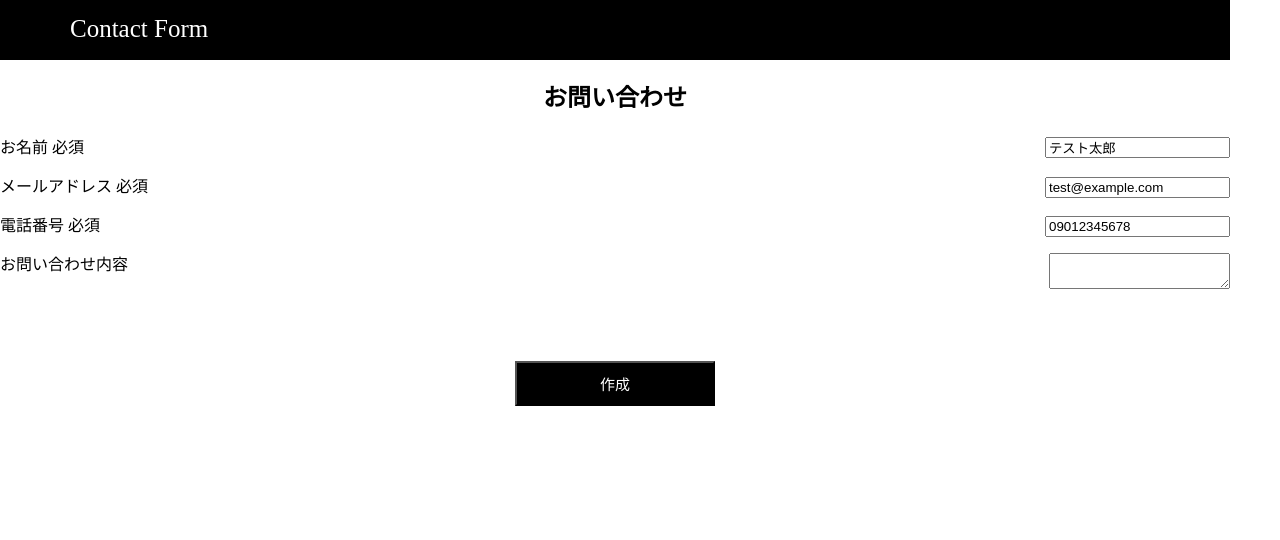
Repository: mayu-ya/my-contact-form
Page: http://localhost/
These files come from the project's save history. The page is drawn as it stood at one moment and after the next save; the edit follows.
The browser window is 1280 px wide. The pictures show the whole page.
The page is served by the project's Laravel application, run on PHP 8.4 with Laravel 8. Other server files are loaded and not shown.

Above is the page before, as saved 2026-01-01 14:58:57.

### src/routes/web.php
<?php

use Illuminate\Support\Facades\Route;
use App\Http\Controllers\ContactController;

/*
|--------------------------------------------------------------------------
| Web Routes
|--------------------------------------------------------------------------
|
| Here is where you can register web routes for your application. These
| routes are loaded by the RouteServiceProvider within a group which
| contains the "web" middleware group. Now create something great!
|
*/

Route::get('/', [ContactController::class,'index']);

### src/app/Http/Controllers/ContactController.php
<?php

namespace App\Http\Controllers;

use Illuminate\Http\Request;

class ContactController extends Controller
{
    public function index()
    {
        return view('index');
    }
}

### src/resources/views/index.blade.php
@extends('layouts.app')

@section('css')
<link rel="stylesheet" href="{{ asset('css/index.css') }}">
@endsection

@section('content')
<div class="content">
    <div class="form-title">
        <h2 class="form-title-con">お問い合わせ</h2>
    </div>

    <form class="form">
        <div class="form-content">
            <div class="form-content-name">
                <span class="form-content-name_na">お名前</span>
                <span class="form-content-name_re">必須</span>
            </div>
            <div class="form-name_create">
                <input type="text" name="name" value="テスト太郎">
            </div>
        </div>
        <div class="form-content">
            <div class="form-content-email">
                <span class="form-content-email_em">メールアドレス</span>
                <span class="form-content-email_re">必須</span>
            </div>
            <div class="form-email_create">
                <input type="text" name="email" value="test@example.com">
            </div>
        </div>
        <div class="form-content">
            <div class="form-content-tel">
                <span class="form-content-tel_te">電話番号</span>
                <span class="form-content-tel_re">必須</span>
            </div>
            <div class="form-tel_create">
                <input type="text" name="tel" value="09012345678">
            </div>
        </div>
        <div class="form-content">
            <div class="form-content-text">
                <span class="content-text_co">お問い合わせ内容</span>
            </div>
            <div class="form-text_create">
                <textarea name="text" value="資料をいただきたいです"></textarea>
            </div>

        </div>

        <div class="form-button">
            <button class="form-button_create">作成</button>
        </div>
    </form>
</div>
@endsection

### src/resources/views/layouts/app.blade.php
<!DOCTYPE html>
<html lang="ja">
<head>
    <meta charset="UTF-8">
    <meta name="viewport" content="width=device-width, initial-scale=1.0">
    <title>Contact Form</title>
    <link rel="stylesheet" href="{{ asset('css/sanitize.css') }}">
    <link rel="stylesheet" href="{{ asset('css/common.css') }}">
    @yield('css')
</head>
<body>
    <header class="header">
        <div class="header-title">
            <a href="/" class="header-logo">Contact Form</a>
        </div>
    </header>

    <main>
        @yield('content')
    </main>
</body>
</html>

### src/public/css/sanitize.css
/* Document
* ========================================================================== */

/**
* Add border box sizing in all browsers (opinionated).
*/

*,
::before,
::after {
  box-sizing: border-box;
}

/**
* 1. Add text decoration inheritance in all browsers (opinionated).
* 2. Add vertical alignment inheritance in all browsers (opinionated).
*/

::before,
::after {
  vertical-align: inherit;
  /* 2 */
  text-decoration: inherit;
  /* 1 */
}

/**
* 1. Use the default cursor in all browsers (opinionated).
* 2. Change the line height in all browsers (opinionated).
* 3. Use a 4-space tab width in all browsers (opinionated).
* 4. Remove the grey highlight on links in iOS (opinionated).
* 5. Prevent adjustments of font size after orientation changes in
*    IE on Windows Phone and in iOS.
* 6. Breaks words to prevent overflow in all browsers (opinionated).
*/

html {
  word-break: break-word;
  /* 6 */
  -moz-tab-size: 4;
  /* 3 */
  tab-size: 4;
  /* 3 */
  line-height: 1.5;
  /* 2 */
  cursor: default;
  /* 1 */

  -webkit-tap-highlight-color: transparent
    /* 4 */
  ;
  -ms-text-size-adjust: 100%;
  /* 5 */
  -webkit-text-size-adjust: 100%;
  /* 5 */
}

/* Sections
* ========================================================================== */

/**
* Remove the margin in all browsers (opinionated).
*/

body {
  margin: 0;
}

/**
* Correct the font size and margin on `h1` elements within `section` and
* `article` contexts in Chrome, Edge, Firefox, and Safari.
*/

h1 {
  margin: 0.67em 0;
  font-size: 2em;
}

/* Grouping content
* ========================================================================== */

/**
* Remove the margin on nested lists in Chrome, Edge, IE, and Safari.
*/

dl dl,
dl ol,
dl ul,
ol dl,
ul dl {
  margin: 0;
}

/**
* Remove the margin on nested lists in Edge 18- and IE.
*/

ol ol,
ol ul,
ul ol,
ul ul {
  margin: 0;
}

/**
* 1. Add the correct sizing in Firefox.
* 2. Show the overflow in Edge 18- and IE.
*/

hr {
  overflow: visible;
  /* 2 */
  height: 0;
  /* 1 */
}

/**
* Add the correct display in IE.
*/

main {
  display: block;
}

/**
* Remove the list style on navigation lists in all browsers (opinionated).
*/

nav ol,
nav ul {
  padding: 0;
  list-style: none;
}

/**
* 1. Correct the inheritance and scaling of font size in all browsers.
* 2. Correct the odd `em` font sizing in all browsers.
*/

pre {
  font-size: 1em;
  /* 2 */
  font-family: monospace, monospace;
  /* 1 */
}

/* Text-level semantics
* ========================================================================== */

/**
* Remove the gray background on active links in IE 10.
*/

a {
  background-color: transparent;
}

/**
* Add the correct text decoration in Edge 18-, IE, and Safari.
*/

abbr[title] {
  text-decoration: underline;
  text-decoration: underline dotted;
}

/**
* Add the correct font weight in Chrome, Edge, and Safari.
*/

b,
strong {
  font-weight: bolder;
}

/**
* 1. Correct the inheritance and scaling of font size in all browsers.
* 2. Correct the odd `em` font sizing in all browsers.
*/

code,
kbd,
samp {
  font-size: 1em;
  /* 2 */
  font-family: monospace, monospace;
  /* 1 */
}

/**
* Add the correct font size in all browsers.
*/

small {
  font-size: 80%;
}

/* Embedded content
* ========================================================================== */

/*
* Change the alignment on media elements in all browsers (opinionated).
*/

audio,
canvas,
iframe,
img,
svg,
video {
  vertical-align: middle;
}

/**
* Add the correct display in IE 9-.
*/

audio,
video {
  display: inline-block;
}

/**
* Add the correct display in iOS 4-7.
*/

audio:not([controls]) {
  display: none;
  height: 0;
}

/**
* Remove the border on iframes in all browsers (opinionated).
*/

iframe {
  border-style: none;
}

/**
* Remove the border on images within links in IE 10-.
*/

img {
  border-style: none;
}

/**
* Change the fill color to match the text color in all browsers (opinionated).
*/

svg:not([fill]) {
  fill: currentColor;
}

/**
* Hide the overflow in IE.
*/

svg:not(:root) {
  overflow: hidden;
}

/* Tabular data
* ========================================================================== */

/**
* Collapse border spacing in all browsers (opinionated).
*/

table {
  border-collapse: collapse;
}

/* Forms
* ========================================================================== */

/**
* Remove the margin on controls in Safari.
*/

button,
input,
select {
  margin: 0;
}

/**
* 1. Show the overflow in IE.
* 2. Remove the inheritance of text transform in Edge 18-, Firefox, and IE.
*/

button {
  overflow: visible;
  /* 1 */
  text-transform: none;
  /* 2 */
}

/**
* Correct the inability to style buttons in iOS and Safari.
*/

button,
[type="button"],
[type="reset"],
[type="submit"] {
  -webkit-appearance: button;
}

/**
* 1. Change the inconsistent appearance in all browsers (opinionated).
* 2. Correct the padding in Firefox.
*/

fieldset {
  padding: 0.35em 0.75em 0.625em;
  /* 2 */
  border: 1px solid #a0a0a0;
  /* 1 */
}

/**
* Show the overflow in Edge 18- and IE.
*/

input {
  overflow: visible;
}

/**
* 1. Correct the text wrapping in Edge 18- and IE.
* 2. Correct the color inheritance from `fieldset` elements in IE.
*/

legend {
  display: table;
  /* 1 */
  max-width: 100%;
  /* 1 */
  color: inherit;
  /* 2 */
  white-space: normal;
  /* 1 */
}

/**
* 1. Add the correct display in Edge 18- and IE.
* 2. Add the correct vertical alignment in Chrome, Edge, and Firefox.
*/

progress {
  display: inline-block;
  /* 1 */
  vertical-align: baseline;
  /* 2 */
}

/**
* Remove the inheritance of text transform in Firefox.
*/

select {
  text-transform: none;
}

/**
* 1. Remove the margin in Firefox and Safari.
* 2. Remove the default vertical scrollbar in IE.
* 3. Change the resize direction in all browsers (opinionated).
*/

textarea {
  overflow: auto;
  /* 2 */
  margin: 0;
  /* 1 */
  resize: vertical;
  /* 3 */
}

/**
* Remove the padding in IE 10-.
*/

[type="checkbox"],
[type="radio"] {
  padding: 0;
}

/**
* 1. Correct the odd appearance in Chrome, Edge, and Safari.
* 2. Correct the outline style in Safari.
*/

[type="search"] {
  outline-offset: -2px;
  /* 2 */

  -webkit-appearance: textfield;
  /* 1 */
}

/**
* Correct the cursor style of increment and decrement buttons in Safari.
*/

::-webkit-inner-spin-button,
::-webkit-outer-spin-button {
  height: auto;
}

/**
* Correct the text style of placeholders in Chrome, Edge, and Safari.
*/

::-webkit-input-placeholder {
  color: inherit;
  opacity: 0.54;
}

/**
* Remove the inner padding in Chrome, Edge, and Safari on macOS.
*/

::-webkit-search-decoration {
  -webkit-appearance: none;
}

/**
* 1. Correct the inability to style upload buttons in iOS and Safari.
* 2. Change font properties to `inherit` in Safari.
*/

::-webkit-file-upload-button {
  font: inherit;
  /* 2 */

  -webkit-appearance: button;
  /* 1 */
}

/**
* Remove the inner border and padding of focus outlines in Firefox.
*/

::-moz-focus-inner {
  padding: 0;
  border-style: none;
}

/**
* Restore the focus outline styles unset by the previous rule in Firefox.
*/

:-moz-focusring {
  outline: 1px dotted ButtonText;
}

/**
* Remove the additional :invalid styles in Firefox.
*/

:-moz-ui-invalid {
  box-shadow: none;
}

/* Interactive
* ========================================================================== */

/*
* Add the correct display in Edge 18- and IE.
*/

details {
  display: block;
}

/*
* Add the correct styles in Edge 18-, IE, and Safari.
*/

dialog {
  position: absolute;
  right: 0;
  left: 0;
  display: block;
  margin: auto;
  padding: 1em;
  width: -moz-fit-content;
  width: -webkit-fit-content;
  width: fit-content;
  height: -moz-fit-content;
  height: -webkit-fit-content;
  height: fit-content;
  border: solid;
  background-color: white;
  color: black;
}

dialog:not([open]) {
  display: none;
}

/*
* Add the correct display in all browsers.
*/

summary {
  display: list-item;
}

/* Scripting
* ========================================================================== */

/**
* Add the correct display in IE 9-.
*/

canvas {
  display: inline-block;
}

/**
* Add the correct display in IE.
*/

template {
  display: none;
}

/* User interaction
* ========================================================================== */

/*
* 1. Remove the tapping delay in IE 10.
* 2. Remove the tapping delay on clickable elements
in all browsers (opinionated).
*/

a,
area,
button,
input,
label,
select,
summary,
textarea,
[tabindex] {
  -ms-touch-action: manipulation;
  /* 1 */
  touch-action: manipulation;
  /* 2 */
}

/**
* Add the correct display in IE 10-.
*/

[hidden] {
  display: none;
}

/* Accessibility
* ========================================================================== */

/**
* Change the cursor on busy elements in all browsers (opinionated).
*/

[aria-busy="true"] {
  cursor: progress;
}

/*
* Change the cursor on control elements in all browsers (opinionated).
*/

[aria-controls] {
  cursor: pointer;
}

/*
* Change the cursor on disabled, not-editable, or otherwise
* inoperable elements in all browsers (opinionated).
*/

[aria-disabled="true"],
[disabled] {
  cursor: not-allowed;
}

/*
* Change the display on visually hidden accessible elements
* in all browsers (opinionated).
*/

[aria-hidden="false"][hidden] {
  display: initial;
}

[aria-hidden="false"][hidden]:not(:focus) {
  position: absolute;
  clip: rect(0, 0, 0, 0);
}

### src/public/css/common.css
.header {
    background: black;
    height: 60px;
    max-width: 1230px;
}

.header-logo{
    display: block;
    color: white;
    font-size: 25px;
    padding-top: 10px;
    padding-left: 70px;
    text-decoration: none;
    cursor: pointer;
}

### src/public/css/index.css
.content {
    max-width: 1230px;
}

.form-title-con {
    text-align: center;
}

.form {
    margin: 0 auto;
    text-align: center;
}

.form-content {
    display: flex;
    justify-content: space-between;
    margin-bottom: 15px;
}

.form-button {
    text-align: center;
    padding: 50px;
}

.form-button_create {
    color: white;
    background: black;
    font-size: 15px;
    width: 200px;
    height: 45px;
    cursor: pointer;
}

Loaded but not shown: src/app/Http/Controllers/Controller.php (common file)

After the next save:
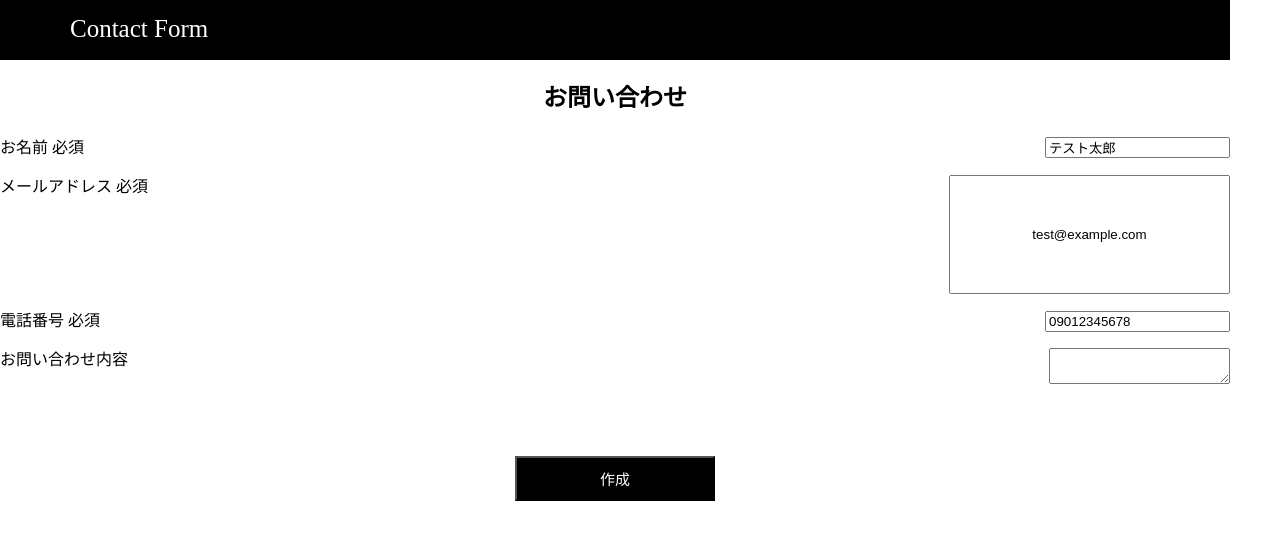
Saved 5 min 40 s later.
--- a/src/public/css/index.css
+++ b/src/public/css/index.css
@@ -17,6 +17,8 @@
     margin-bottom: 15px;
 }
 
+.form-email_create input,
+
 .form-button {
     text-align: center;
     padding: 50px;
